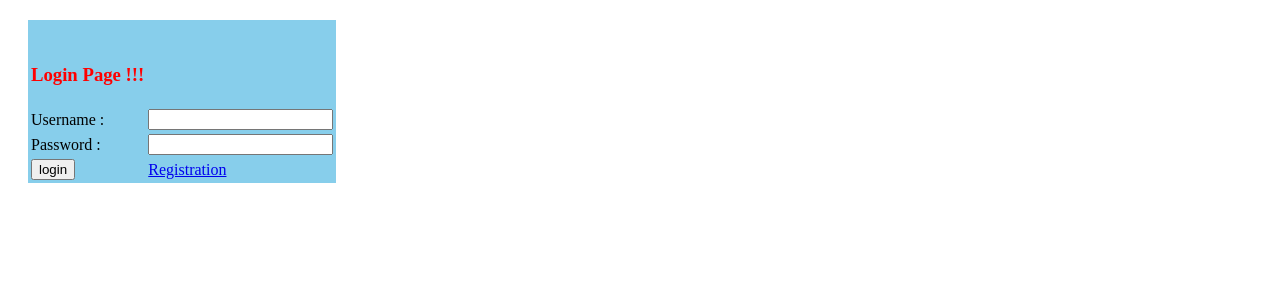
Repository: priyagund/jspServlet
Page: http://localhost/MyFirstLogin/login.jsp
The author's editor kept a copy of each file at every save. The page is drawn from the files as they stood at one save, then again after the next save.
The browser window is 1280 px wide. The pictures show the whole page.
The page is served by Tomcat 9.

Above is the page before, as saved 2019-10-10 13:55:37.

After the next save:
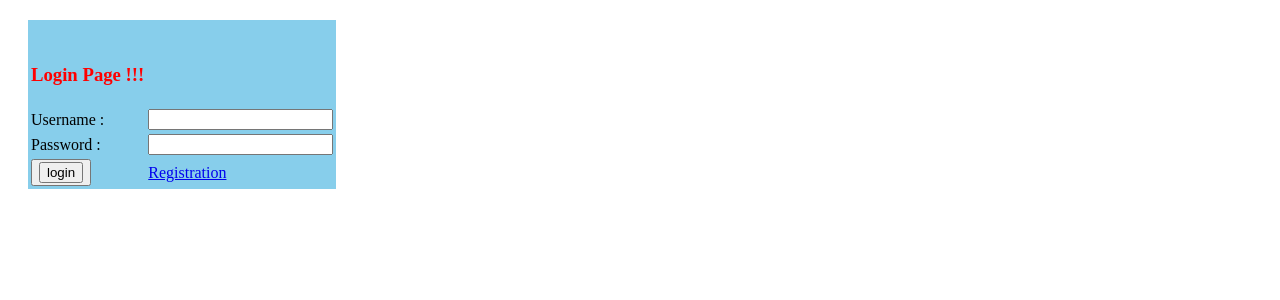
Saved 8 s later.
--- a/MyFirstLogin/WebContent/login.jsp
+++ b/MyFirstLogin/WebContent/login.jsp
@@ -20,14 +20,14 @@
 
 		<tr>
 			<td>Username :</td>
-			<td><input type="text" name="name"></td>
+			<td><input type="text" name="name" required="required"></td>
 		</tr>
 		<tr>
 			<td>Password :</td>
-			<td><input type="password" name="password"></td>
+			<td><input type="password" name="password" required="required"></td>
 		</tr>
 		<tr>
-			<td><input type="submit" name="submit" value="login"></td>
+			<td><button><input type="submit" name="submit" value="login"></button></td>
 			<td><a href="register.jsp">Registration</a></td>
 		</tr>
 	</table>

After the save that followed:
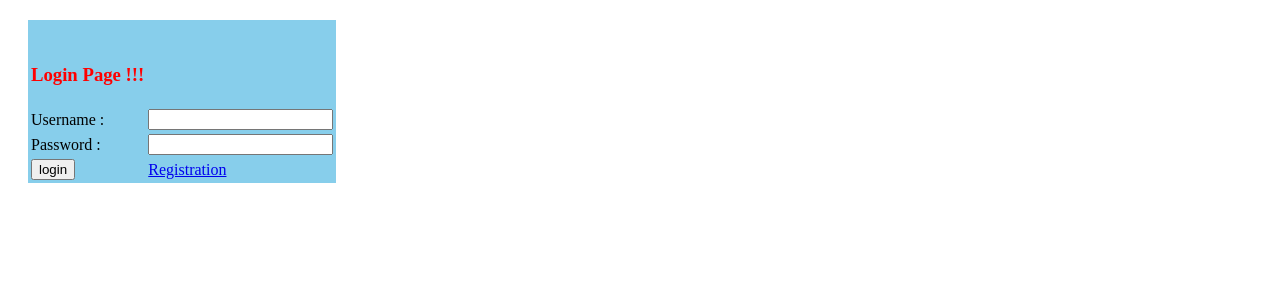
Saved 4 min 49 s later.
--- a/MyFirstLogin/WebContent/login.jsp
+++ b/MyFirstLogin/WebContent/login.jsp
@@ -27,7 +27,7 @@
 			<td><input type="password" name="password" required="required"></td>
 		</tr>
 		<tr>
-			<td><button><input type="submit" name="submit" value="login"></button></td>
+			<td><input type="submit" value="login"></td>
 			<td><a href="register.jsp">Registration</a></td>
 		</tr>
 	</table>
